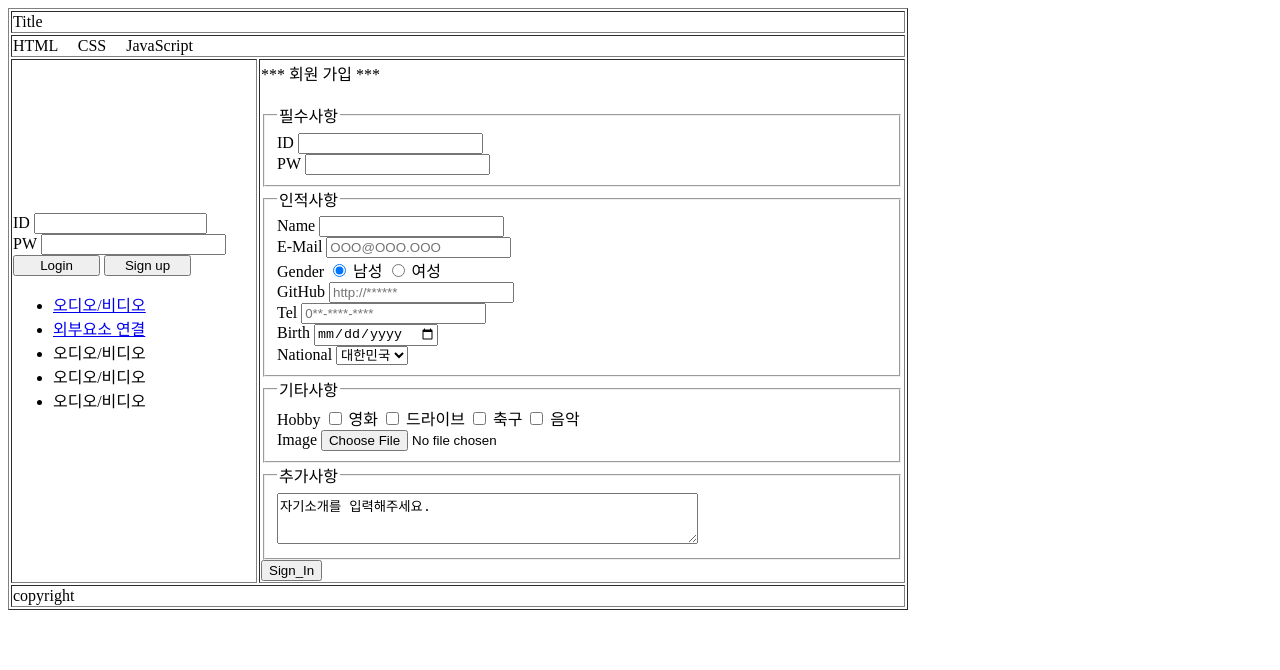
Repository: Hwangjiwon/MultiCampus
Page: http://localhost/2Study/jsp/member_insert.jsp
An editor plug-in stored every save of this project. The page is shown before and after the next save, followed by the edit.
The browser window is 1280 px wide. The pictures show the whole page.
The page is served by Tomcat 9. Other server files are loaded and not shown.

Above is the page before, as saved 2019-05-31 02:47:31.

### 2Study/WebContent/jsp/member_insert.jsp
<%@ page language="java" contentType="text/html; charset=UTF-8"
	pageEncoding="UTF-8"%>

<jsp:include page="header.jsp"></jsp:include>
<jsp:include page="side.jsp"></jsp:include>
<td>

	*** 회원 가입 *** <br> <br>

	<form action = "/2Study/Main?sign=member_insert" method="get">
		<fieldset>
			<legend>필수사항</legend>
		ID <input type = "text" name = "id" > <br>
		PW <input type = "text" name = "pw" > <br>
		</fieldset>
		<fieldset>
			<legend>인적사항</legend>
		Name <input type = "text" name = "name"> <br>
		E-Mail <input type ="email" placeholder="OOO@OOO.OOO" /> <br>
		Gender <input type = "radio" name = gender" value = "male" checked /> 남성
			<input type = "radio" name = gender" value = "female" /> 여성 <br>
		GitHub <input type = "url" placeholder="http://******"/> <br>
		Tel <input type ="tel" pattern ="[0-9]{2,3}-[0-9]{3,4}-[0-9]{4}" placeholder ="0**-****-****"/><br>
		Birth <input type ="date" name ="birth"/> <br>
		National <select name ="country">
					<option value = "Korea" selected> 대한민국 </option>
					<option value = "USA"> 미국 </option>
					<option value = "UK"> 영국 </option>
					<option value = "Japan"> 일본 </option>
					<option value = "China"> 중국 </option>
				</select> <br>
		</fieldset>
		<fieldset>
			<legend>기타사항</legend>
		Hobby <input type ="checkbox" name = "hobby" value = "movie" /> 영화
			<input type ="checkbox" name = "hobby" value = "drive" /> 드라이브
			<input type ="checkbox" name = "hobby" value = "soccer" /> 축구
			<input type ="checkbox" name = "hobby" value = "music" /> 음악 <br>
		Image <input type = "file" name = "filename" > <br>
		</fieldset>
		<fieldset>
			<legend>추가사항</legend>
		<textarea rows = "3" cols ="50" name ="memo">
자기소개를 입력해주세요.
		</textarea> <br>
		</fieldset>
		<input type ="submit" value ="Sign_In">
	</form>
</td>
</tr>

<jsp:include page="copyright.jsp"></jsp:include>

### 2Study/WebContent/jsp/header.jsp
<%@ page language="java" contentType="text/html; charset=UTF-8"
	pageEncoding="UTF-8"%>
<!DOCTYPE html>
<html>
<head>
<meta charset="UTF-8">
<title>HOME</title>
</head>
<body>
	<table border="1" width="900" height="600">
		<tr height="15%">
			<td colspan="2">Title</td>
		</tr>
		<tr height="5%">
			<td colspan="2">HTML &nbsp;&nbsp;&nbsp; CSS &nbsp;&nbsp;&nbsp;
				JavaScript</td>
		</tr>

### 2Study/WebContent/jsp/side.jsp
<%@ page language="java" contentType="text/html; charset=UTF-8"
	pageEncoding="UTF-8"%>
<tr>
	<td width="20%">
		<!-- Java code가 들어갈 수 있는 부분 -->
		<%
			String username = (String)session.getAttribute("username");
			if(username != null) { //login_ok
		%>

			${username}님, 환영합니다.

		<form action="/2Study/Main?sign=logout" method="post">
			<input type="submit" value="Logout">
		</form>

		<%
			} else {
		%>
			<!-- 절대경로화 해서 서블릿으로 요청 보내기 -->
			<form style="width: 242px;" method="post" action="/2Study/Main?sign=login">
				ID <input name="id" style="width: 165px;"><br>
				PW <input name="pw" type="password"><br>
					<input type="submit" value="Login" style="width: 87px;">
					<a href = "/2Study/jsp/member_insert.jsp">
						<input type="button" value="Sign up" style="width: 87px;">
					</a>
			</form>

		<%
			}
		%>

		<ul>
			<!-- Context명부터 써줘서 절대경로화! /프로젝트명/... -->
			<li><a href="/2Study/jsp/audio_video.jsp">오디오/비디오</a></li>
			<li><a href="/2Study/jsp/iframe.jsp">외부요소 연결</a></li>
			<li>오디오/비디오</li>
			<li>오디오/비디오</li>
			<li>오디오/비디오</li>
		</ul>
	</td>

### 2Study/WebContent/jsp/copyright.jsp
<%@ page language="java" contentType="text/html; charset=UTF-8"
	pageEncoding="UTF-8"%>

<tr height="5%">
	<td colspan="2">copyright</td>
</tr>
</table>

</body>
</html>

After the next save:
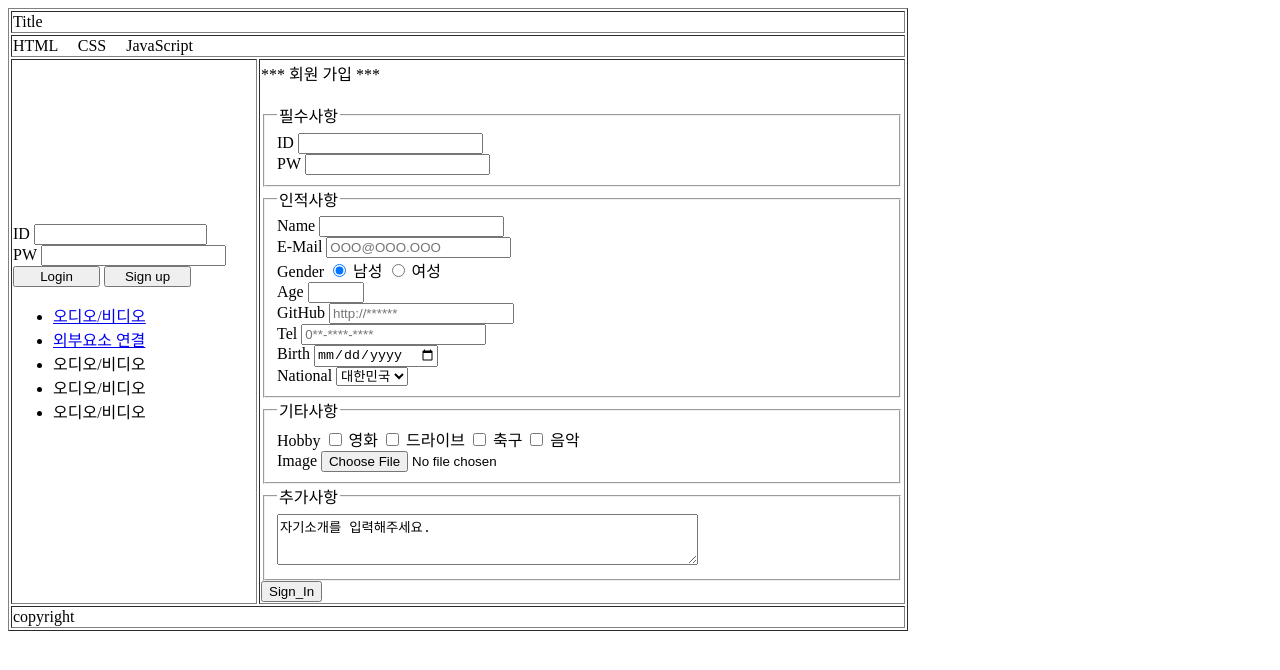
Saved 65 s later.
--- a/2Study/WebContent/jsp/member_insert.jsp
+++ b/2Study/WebContent/jsp/member_insert.jsp
@@ -19,6 +19,7 @@
 		E-Mail <input type ="email" placeholder="OOO@OOO.OOO" /> <br>
 		Gender <input type = "radio" name = gender" value = "male" checked /> 남성
 			<input type = "radio" name = gender" value = "female" /> 여성 <br>
+		Age <input type = "number" min = "1" max ="99"/> <br>
 		GitHub <input type = "url" placeholder="http://******"/> <br>
 		Tel <input type ="tel" pattern ="[0-9]{2,3}-[0-9]{3,4}-[0-9]{4}" placeholder ="0**-****-****"/><br>
 		Birth <input type ="date" name ="birth"/> <br>
